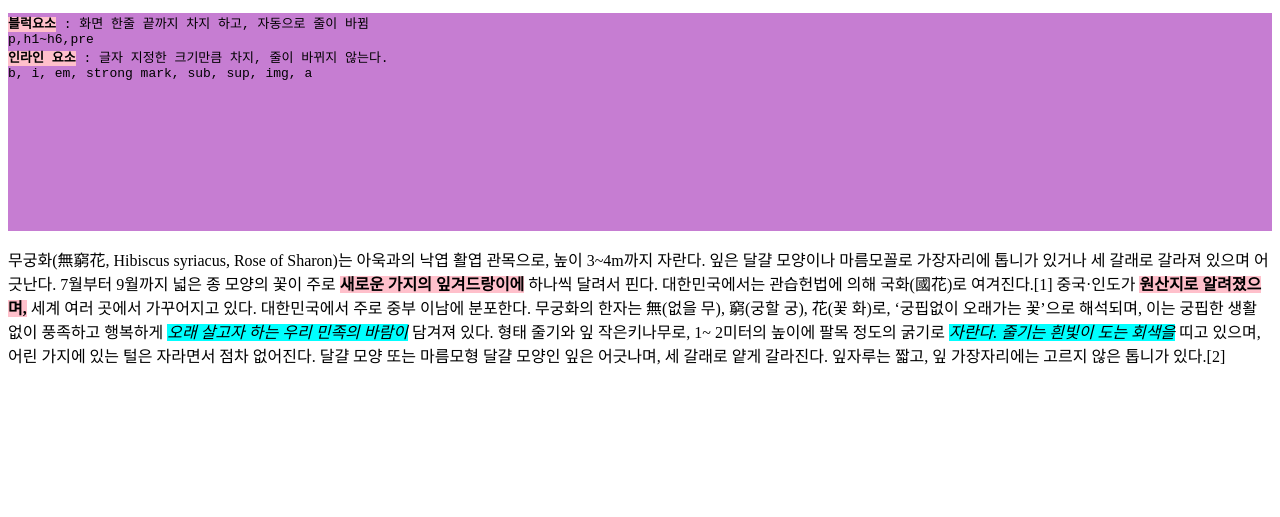
Repository: sH1222J/SH_DDit_WEB_study
Page: workspace/webpro/src/main/webapp/0304/텍스트서식.html
An editor plug-in stored every save of this project. The page is shown before and after the next save, followed by the edit.
The browser window is 1280 px wide. The pictures show the whole page.

Above is the page before, as saved 2025-03-04 03:27:55.

### workspace/webpro/src/main/webapp/0304/텍스트서식.html
<!DOCTYPE html>
<html>
<head>
<meta charset="UTF-8">
<title>Insert title here</title>


<style type="text/css">
b, strong {
	background: pink;
}

i, em {
	background: cyan;
}

pre {
	background: rgb(198, 125, 210);
}
</style>
</head>
<body>

	<pre>
<b>블럭요소</b> : 화면 한줄 끝까지 차지 하고, 자동으로 줄이 바뀜
p,h1~h6,pre
<b>인라인 요소</b> : 글자 지정한 크기만큼 차지, 줄이 바뀌지 않는다.
b, i, em, strong mark, sub, sup, img, a










</pre>



	<p>
		무궁화(無窮花, Hibiscus syriacus, Rose of Sharon)는 아욱과의 낙엽 활엽 관목으로, 높이
		3~4m까지 자란다. 잎은 달걀 모양이나 마름모꼴로 가장자리에 톱니가 있거나 세 갈래로 갈라져 있으며 어긋난다. 7월부터
		9월까지 넓은 종 모양의 꽃이 주로 <b>새로운 가지의 잎겨드랑이에</b> 하나씩 달려서 핀다. 대한민국에서는 관습헌법에 의해
		국화(國花)로 여겨진다.[1] 중국·인도가 <strong>원산지로 알려졌으며,</strong> 세계 여러 곳에서 가꾸어지고
		있다. 대한민국에서 주로 중부 이남에 분포한다. 무궁화의 한자는 無(없을 무), 窮(궁할 궁), 花(꽃 화)로, ‘궁핍없이
		오래가는 꽃’으로 해석되며, 이는 궁핍한 생활 없이 풍족하고 행복하게 <i>오래 살고자 하는 우리 민족의 바람이</i> 담겨져
		있다. 형태 줄기와 잎 작은키나무로, 1~ 2미터의 높이에 팔목 정도의 굵기로 <em>자란다. 줄기는 흰빛이 도는
			회색을</em> 띠고 있으며, 어린 가지에 있는 털은 자라면서 점차 없어진다. 달걀 모양 또는 마름모형 달걀 모양인 잎은 어긋나며,
		세 갈래로 얕게 갈라진다. 잎자루는 짧고, 잎 가장자리에는 고르지 않은 톱니가 있다.[2]
	</p>



















</body>
</html>

After the next save:
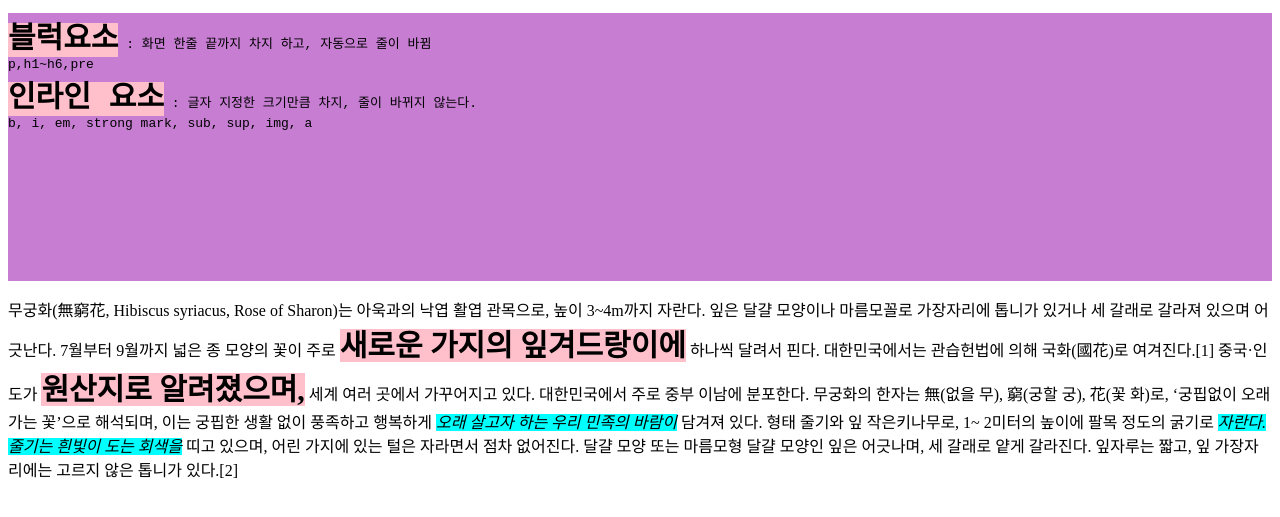
Saved 92 s later.
--- a/workspace/webpro/src/main/webapp/0304/텍스트서식.html
+++ b/workspace/webpro/src/main/webapp/0304/텍스트서식.html
@@ -8,6 +8,7 @@
 <style type="text/css">
 b, strong {
 	background: pink;
+	font-size: 30px;
 }
 
 i, em {
